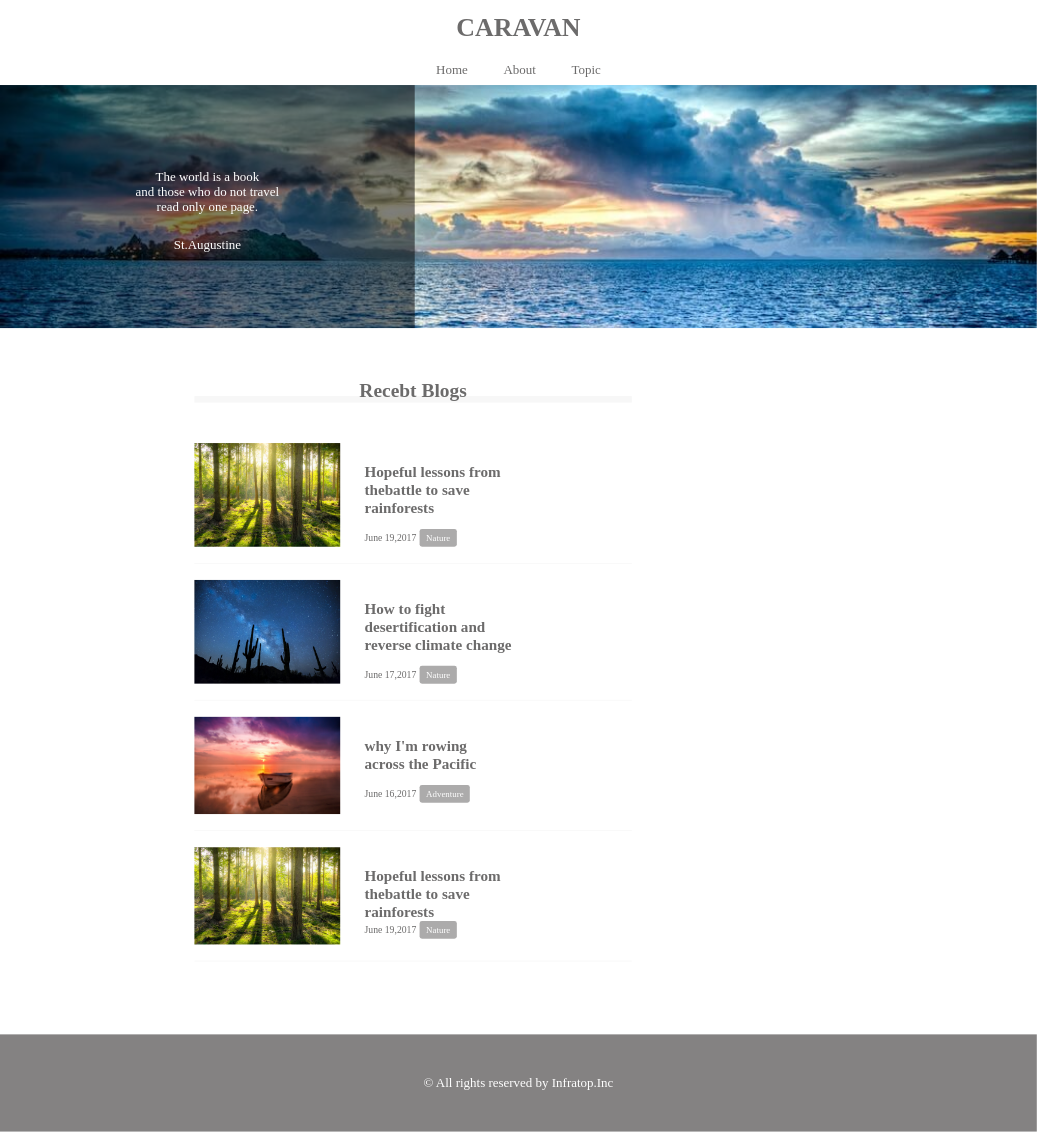
Repository: ego-boosting/html-practice1
Page: caravan/index.html
The author's editor kept a record of every edit. The page is drawn from the files as they stood at one moment, then again after the next edit.
The browser window is 1280 px wide. The pictures show the whole page, at 81% of full size.

Above is the page before.

### caravan/index.html
<!DOCTYPE html>
<html lang="ja">

  <head>
    <meta charset="UTF-8" />
    <link rel="stylesheet" href="style.css" />
    <title>CARAVAN</title>
  </head>

  <body>

    <header>
      <h1 class="heading">
        <a href="index.html">
          CARAVAN
        </a>

      </h1>
    </header>

    <nav>

      <ul class="nav-list">
        <li class="nav-list-item">
          <a href="index.html">Home</a>
        </li>
        <li class="nav-list-item">About</li>
        <li class="nav-list-item">Topic</li>

      </ul>

    </nav>


    <div class="main-visual">
      <div class="main-visual-content">

       <p class="main-visual-text">
         The world is a book<br/>
         and those who do not travel<br/>
         read only one page.
       </p>
       <p class="main-visual-name">
         St.Augustine
       </p>
       </div>
    </div>

    <main>

      <section class="blog">

       <h2 class="blog-heading">Recebt Blogs</h2>

      <div class="blog-box">
       <div class="blog-item">
        <img class="blog-image"src="img/forest.jpg">
        <section class="blog-text">
         <h3 class="blog-text-heading">
          <a href="sigle.html">
               Hopeful lessons from<br/>
               thebattle to save<br/>
               rainforests
          </a>
         </h3>
         <p class="blog-date">June 19,2017</p>
         <span class="category">Nature</span>
        </section>
       </div>
       <div class="blog-item">
        <img class="blog-image"src="img/desert.jpg">
        <section class="blog-text">
         <h3 class ="blog-text-heading">
          <a href="sigle.html">
               How to fight<br/>
               desertification and<br/>
               reverse climate change
          </a>
         </h3>
         <p class="blog-date">June 17,2017</p>
         <span class="category">Nature</span>
        </section>
       </div>
       <div class="blog-item">
        <img class="blog-image"src="img/sunset.jpg">
        <section class="blog-text">
         <h3 class="blog-text-heading">
          <a href="sigle.html">
                why I'm rowing<br/>
                across the Pacific
          </a>
         </h3>
         <p class="blog-date">June 16,2017</p>
         <span class="category">Adventure</span>
        </section>
       </div>
       <div class="blog-item">
        <img class="blog-image"src="img/forest.jpg">
        <section class="blog-text">
         <h3>
          <a href="sigle.html">
               Hopeful lessons from</br>
               thebattle to save</br>
               rainforests
          </a>
         </h3>
         <p class="blog-date">June 19,2017</p>
         <span class="category">Nature</span>
        </section>
       </div>

       </div>

      </section>

      <div class="sidebar"></div>

      </main>

    </div>

    <footer>
      <p class="footer-text">© All rights reserved by Infratop.Inc️</p>
    </footer>
  </body>
</html>

### caravan/style.css
* {
  margin: 0;
  padding: 0;
  box-sizing: border-box;
  color:#6c6b6b;
}

a{
  text-decoration:none;
}

header{
  width:90%;
  padding:15px 0;
  margin:0 auto;
  text-align:center;
}

header.heading{
  font-size:32px;
}

.nav-list{
  text-align:center;
  padding:10px 0;
  margin:0 auto;
}

.nav-list-item{
  list-style:none;
  display:inline-block;
  margin:0 20px;
}

.main-visual {
  width: 100%;
  height: 300px;
  background-image:url(img/mv.jpg);
  background-size:cover;
  background-position:center;
}

.main-visual-content {
  width: 40%;
  height: 300px;
  background-color:rgba(0,0,0,0.5);
  text-align:center;
  padding-top:105px;
}

.main-visual-text{
  color:#fff;
}

.main-visual-name{
  margin-top:30px;
  color:#fff;
}

main{
  width:800px;
  display:flex;
  justify-content:center;
  margin:0 auto;
  padding:70px 0;
}

.blog {
  width:540px;
  margin-right:30px;
}

.blog-heading{
  border-bottom:8px solid#f7f7f7;
  text-align:center;
  line-height:0.6;
}

.blog-item{
  padding-bottom:20px;
  margin-bottom:20px;
  border-bottom:1px solid#f7f7f7;
  display:flex;
  justify-content:flex-start;
}

.blog-box{
  padding-top:50px;
}

.blog-image{
  width:180px;
}

.blog-text{
  padding:25px 0 0 30px;
}

.blog-text-heading{
  padding-bottom:15px;
}

.blog-date{
  font-size:12px;
  display:inline-block;
}

.category{
  display:inline-block;
  padding:5px 8px;
  background-color:#acabab;
  border-radius:3px;
  color:#fff;
  font-size:11px;
}

.sidebar {
  width:230px;
}

footer{
  width:100%;
  height:120px;
  text-align:center;
  line-height:120px;
  background-color:#848282;
}

.footer-text{
  color:#fff;
}

After the next edit:
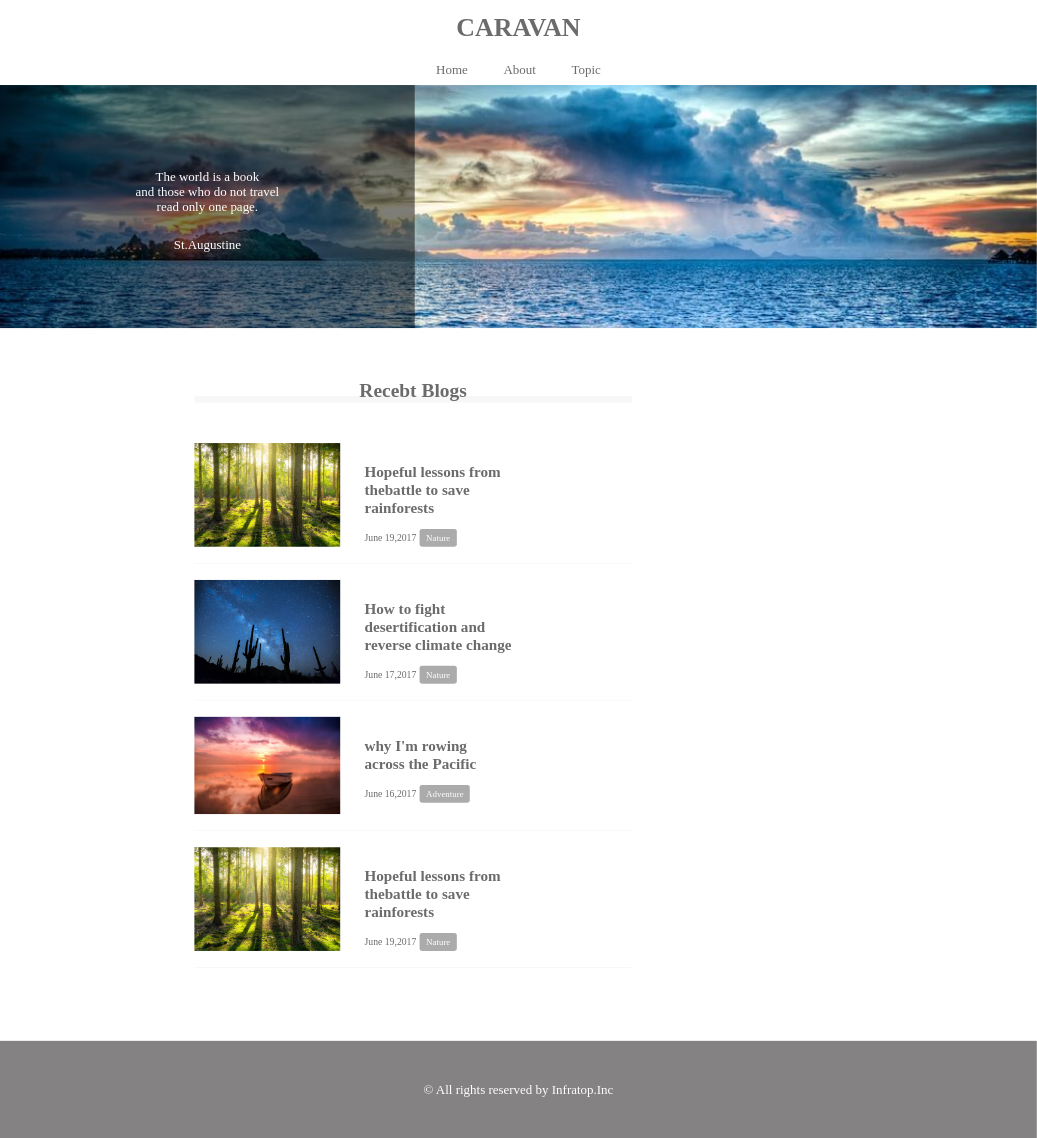
The edit:
--- a/caravan/index.html
+++ b/caravan/index.html
@@ -97,7 +97,7 @@
        <div class="blog-item">
         <img class="blog-image"src="img/forest.jpg">
         <section class="blog-text">
-         <h3>
+         <h3 class="blog-text-heading">
           <a href="sigle.html">
                Hopeful lessons from</br>
                thebattle to save</br>
